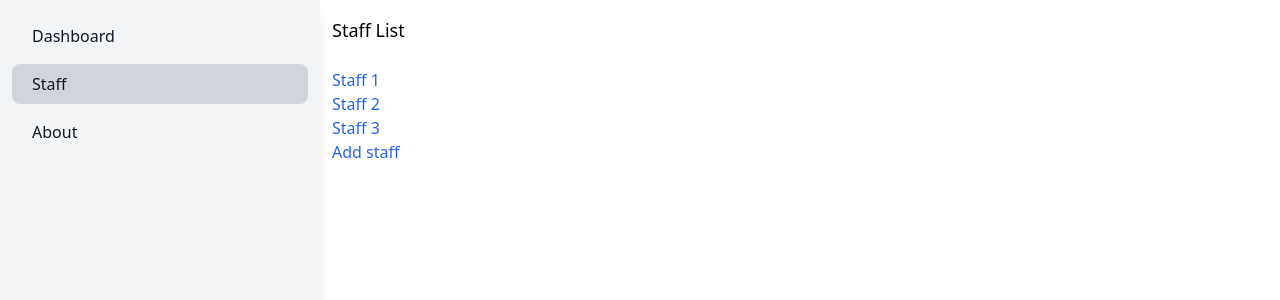
Repository: daohuyhoang9119/React-Router-6.4--Practice
Page: /staff
An editor plug-in stored every save of this project. The page is shown before and after the next save, followed by the edit.
The browser window is 1280 px wide. The pictures show the whole page.
The project was rebuilt for these pictures with package versions that can differ from the ones it lists, and the page was loaded fresh each time. Also part of the build but not shown: src/components/AddStaff/AddStaff.tsx, src/pages/404/Page404.tsx, src/pages/About/About.tsx, src/pages/Dashboard/Dashboard.tsx, src/components/StaffItem/StaffItem.tsx.

Above is the page before, as saved 2022-11-07 21:01:18.

### src/App.tsx
import AddStaff from 'components/AddStaff'
import MainLayout from 'layouts/MainLayout'
import Page404 from 'pages/404'
import About from 'pages/About'
import Dashboard from 'pages/Dashboard'
import Staff from 'pages/Staff'
import { Route, Routes } from 'react-router-dom'
import StaffItem from './components/StaffItem/StaffItem'

function App() {
  return (
    <div className='App'>
      <MainLayout>
        <Routes>
          <Route path='/' element={<Dashboard />} />
          <Route path='/about' element={<About />} />
          <Route path='/staff' element={<Staff />} />
          <Route path='/staff/:id' element={<StaffItem />} />
          <Route path='/staff/add' element={<AddStaff />} />
          <Route path='*' element={<Page404 />}></Route>
        </Routes>
      </MainLayout>
    </div>
  )
}

export default App

### src/components/AddStaff/index.ts
import AddStaff from './AddStaff'

export default AddStaff

### src/pages/404/index.ts
import Page404 from './Page404'

export default Page404

### src/pages/Staff/index.ts
import Staff from './Staff'

export default Staff

### src/layouts/MainLayout/MainLayout.tsx
import React from 'react'
import { Route, Link, NavLink } from 'react-router-dom'

interface Props {
  children?: React.ReactNode
}
export default function MainLayout({ children }: Props) {
  return (
    <div className='grid min-h-screen grid-cols-4'>
      <aside className='col-span-1' aria-label='Sidebar'>
        <div className='h-full overflow-y-auto bg-gray-100 py-4 px-3 shadow-lg'>
          <ul className='space-y-2'>
            <li>
              <NavLink
                to='/'
                end
                // className='flex items-center rounded-lg bg-gray-300 p-2 text-base font-normal text-gray-900 hover:bg-gray-300'
                className={({ isActive }) => {
                  const activeClass = isActive ? 'bg-gray-300 font-bold' : ''
                  return `flex items-center rounded-lg ${activeClass} p-2 text-base font-normal text-gray-900 hover:bg-gray-300`
                }}
              >
                <span className='ml-3'>Dashboard</span>
              </NavLink>
            </li>
            <li>
              <NavLink
                to='/staff'
                className={({ isActive }) => {
                  const activeClass = isActive ? 'bg-gray-300 font-bold' : ''
                  return `flex items-center rounded-lg ${activeClass} p-2 text-base font-normal text-gray-900 hover:bg-gray-300`
                }}
              >
                <span className='ml-3'>Staff</span>
              </NavLink>
            </li>
            <li>
              <NavLink
                to='/about'
                className={({ isActive }) => {
                  const activeClass = isActive ? 'bg-gray-300 font-bold' : ''
                  return `flex items-center rounded-lg ${activeClass} p-2 text-base font-normal text-gray-900 hover:bg-gray-300`
                }}
              >
                <span className='ml-3'>About</span>
              </NavLink>
            </li>
          </ul>
        </div>
      </aside>
      <main className='col-span-3 h-full py-4 px-3'>{children}</main>
    </div>
  )
}

### src/pages/Staff/Staff.tsx
import AddStaff from 'components/AddStaff'
import { Link } from 'react-router-dom'
export default function Staff() {
  return (
    <div>
      <h1 className='mb-6 text-lg'>Staff List</h1>
      {/* <div className='border-b border-gray-200 text-center text-sm font-medium text-gray-500  '>
        <ul className='-mb-px flex flex-wrap'>
          <li className='mr-2'>
            <a
              href='#'
              className='inline-block rounded-t-lg border-b-2 border-transparent p-4 hover:border-gray-300 hover:text-gray-600 '
            >
              Profile
            </a>
          </li>
          <li className='mr-2'>
            <a
              href='#'
              className='active inline-block rounded-t-lg border-b-2 border-blue-600 p-4 text-blue-600 '
              aria-current='page'
            >
              Dashboard
            </a>
          </li>
        </ul>
      </div> */}

      <ul>
        <li>
          <Link to='/staff/1' className='font-medium text-blue-600 hover:underline dark:text-blue-500'>
            Staff 1
          </Link>
        </li>
        <li>
          <Link to='/staff/2' className='font-medium text-blue-600 hover:underline dark:text-blue-500'>
            Staff 2
          </Link>
        </li>
        <li>
          <Link to='/staff/3' className='font-medium text-blue-600 hover:underline dark:text-blue-500'>
            Staff 3
          </Link>
        </li>
      </ul>
      <Link to='/staff/add' className='font-medium text-blue-600 hover:underline dark:text-blue-500'>
        Add staff
      </Link>

      {/* <AddStaff /> */}
    </div>
  )
}

### src/components/StaffList/index.tsx
import StaffList from './StaffList'

export default StaffList

### src/components/StaffList/StaffList.tsx
import { Link } from 'react-router-dom'

export default function StaffList() {
  return (
    <div>
      <h1 className='mb-6 text-lg'>Staff List</h1>
      <ul>
        <li>
          <Link to='/staff/1' className='font-medium text-blue-600 hover:underline dark:text-blue-500'>
            Staff 1
          </Link>
        </li>
        <li>
          <Link to='/staff/2' className='font-medium text-blue-600 hover:underline dark:text-blue-500'>
            Staff 2
          </Link>
        </li>
        <li>
          <Link to='/staff/3' className='font-medium text-blue-600 hover:underline dark:text-blue-500'>
            Staff 3
          </Link>
        </li>
      </ul>
    </div>
  )
}

Loaded but not shown: public/index.html (common file); src/index.tsx (common file); src/index.css (common file); src/reportWebVitals.ts (common file); src/layouts/MainLayout/index.ts (common file); src/pages/About/index.ts (common file); src/pages/Dashboard/index.ts (common file); tailwind.config.js (common file)

After the next save:
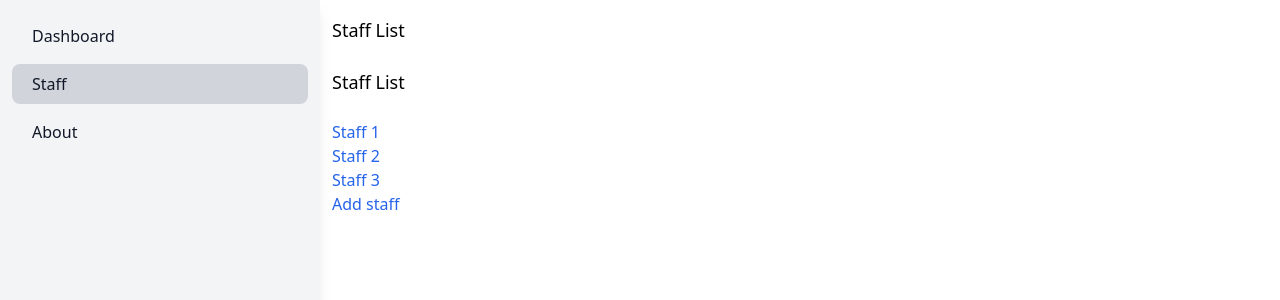
Saved 32 s later.
--- a/src/pages/Staff/Staff.tsx
+++ b/src/pages/Staff/Staff.tsx
@@ -1,4 +1,5 @@
 import AddStaff from 'components/AddStaff'
+import StaffList from 'components/StaffList'
 import { Link } from 'react-router-dom'
 export default function Staff() {
   return (
@@ -26,23 +27,7 @@
         </ul>
       </div> */}
 
-      <ul>
-        <li>
-          <Link to='/staff/1' className='font-medium text-blue-600 hover:underline dark:text-blue-500'>
-            Staff 1
-          </Link>
-        </li>
-        <li>
-          <Link to='/staff/2' className='font-medium text-blue-600 hover:underline dark:text-blue-500'>
-            Staff 2
-          </Link>
-        </li>
-        <li>
-          <Link to='/staff/3' className='font-medium text-blue-600 hover:underline dark:text-blue-500'>
-            Staff 3
-          </Link>
-        </li>
-      </ul>
+      <StaffList />
       <Link to='/staff/add' className='font-medium text-blue-600 hover:underline dark:text-blue-500'>
         Add staff
       </Link>

After the save that followed:
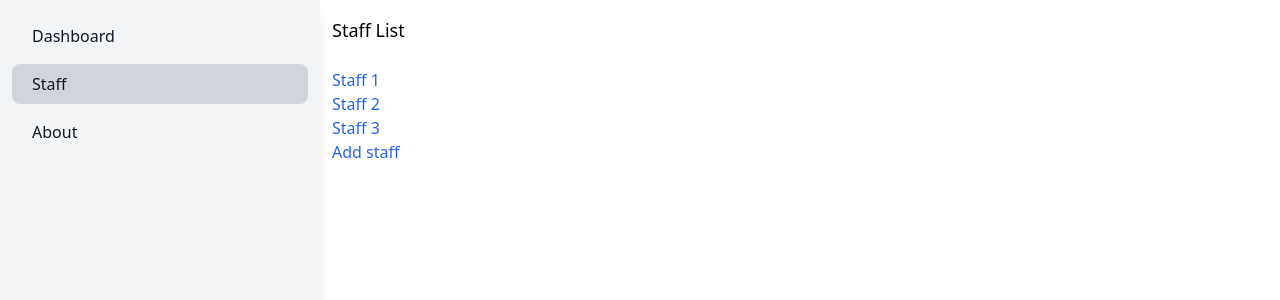
Saved 12 s later.
--- a/src/pages/Staff/Staff.tsx
+++ b/src/pages/Staff/Staff.tsx
@@ -4,7 +4,6 @@
 export default function Staff() {
   return (
     <div>
-      <h1 className='mb-6 text-lg'>Staff List</h1>
       {/* <div className='border-b border-gray-200 text-center text-sm font-medium text-gray-500  '>
         <ul className='-mb-px flex flex-wrap'>
           <li className='mr-2'>
